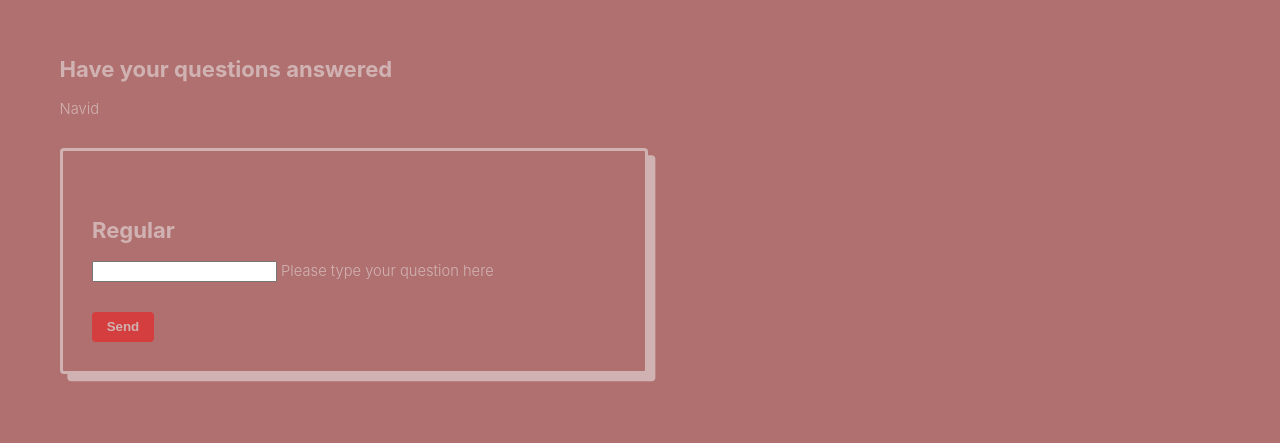
Repository: navid-amini12/capstone-1
Page: quiz.html
An editor plug-in stored every save of this project. The page is shown before and after the next save, followed by the edit.
The browser window is 1280 px wide. The pictures show the whole page.
Some web fonts or font styles are not loaded; a fallback is used.

Above is the page before, as saved 2022-05-17 12:32:35.

After the next save:
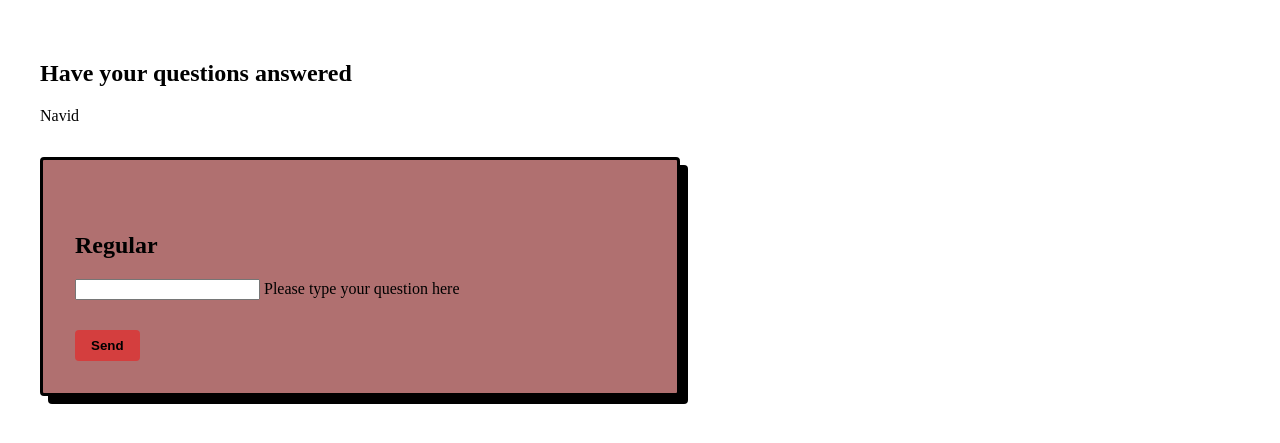
Saved 8 s later.
--- a/quiz.css
+++ b/quiz.css
@@ -14,12 +14,7 @@
 
 
 
-  font-family: 'Inter', sans-serif;
-  font-size: calc(.6rem + .4vw);
-  color: var(--color-text);
-  background: var(--color-background);
-  font-weight: 300;
-  padding: 0 calc(var(--size-bezel) * 3);
+
 }
 
 

After the 3 saves that followed:
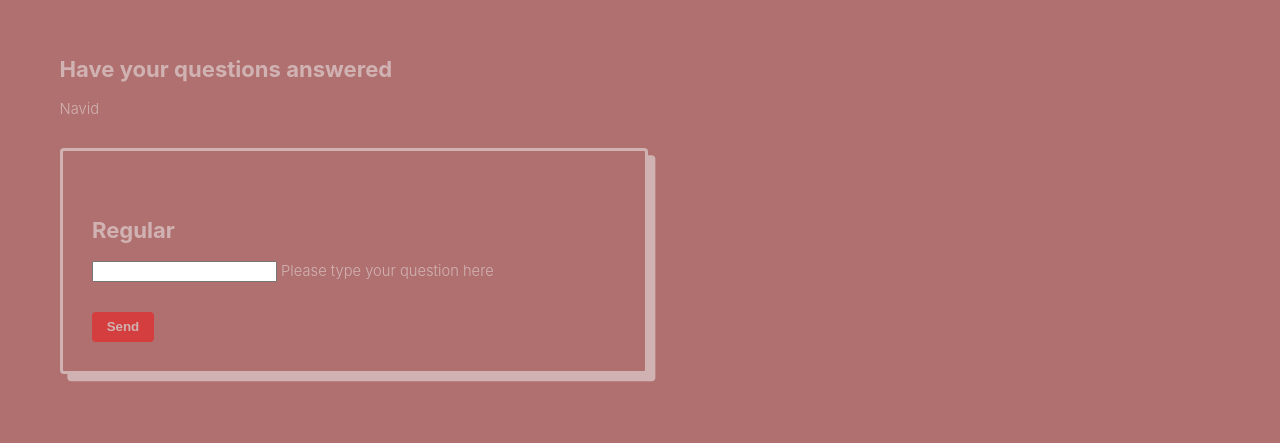
The 3 saves are shown as one change because they came seconds apart.
The last was saved 7 s later.
--- a/quiz.css
+++ b/quiz.css
@@ -14,7 +14,12 @@
 
 
 
-
+  font-family: 'Inter', sans-serif;
+  font-size: calc(.6rem + .4vw);
+  color: var(--color-text);
+  background: var(--color-background);
+  font-weight: 300;
+  padding: 0 calc(var(--size-bezel) * 3);
 }
 
 
